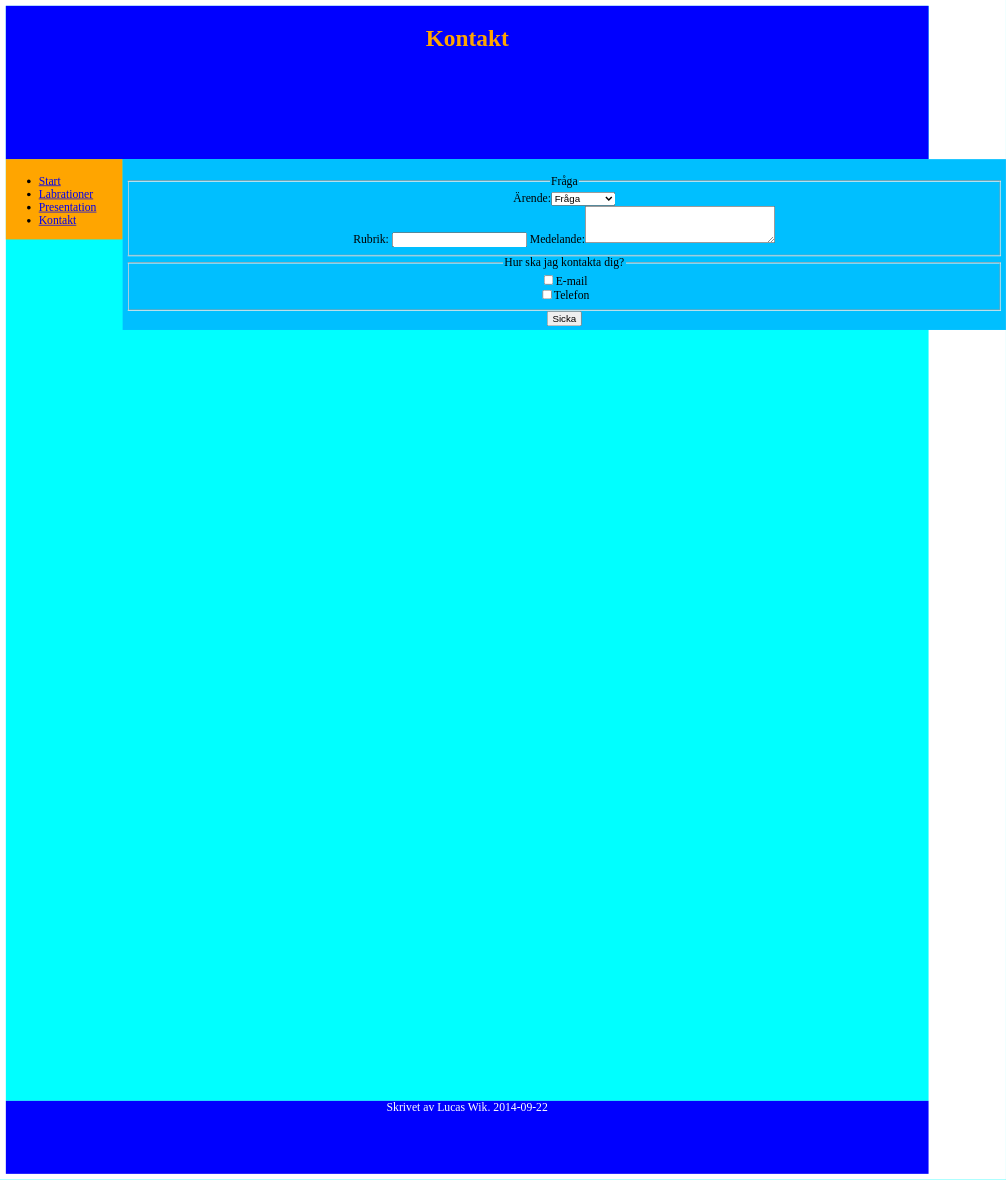
Repository: lw222gz/1ik415-laborationer
Page: Pages/kontakt.html
The author's editor kept a record of every edit. The page is drawn from the files as they stood at one moment, then again after the next edit.
The browser window is 1280 px wide. The page is 1378 px wide, so the pictures cover 1378 px, including what lies to the right of the window. The pictures show the whole page, at 73% of full size.

Above is the page before.

### Pages/kontakt.html
<!doctype html>
<html lang="sv">
    <head>
        <meta charset="utf-8" />
        <link rel="stylesheet" href="../Css/Style.css" />
        <title>kontakt</title>
    </head>
<body>
<div id="container">
<div id="header">
<h1>Kontakt</h1>
</div>

<div id="navigator">
<ul>
    <li><a href="../index.html">Start</a></li>
    <li><a href="labrationer.html">Labrationer</a></li>
    <li><a href="presentation.html">Presentation</a></li>
    <li><a href="kontakt.html">Kontakt</a></li>
</ul>
</div>

<div id="content">
<p></p>
<form action="http://voyager.lnu.se/tekinet/kurser/dtt/wp_webbintro/form.php" method="post">
    <fieldset>
    <legend>Fråga</legend><!--Vill göra den kortare, vet inte hur dock. Testade med width och height
    i fieldset satsen men det gjorde inget för mig-->
    Ärende:<select name="Ärende">
        <option value="Fråga">Fråga</option>
        <option value="Medelande">Medelande</option>
        <option value="Möte">Möte</option>
        <option value="Övrigt">Övrigt</option>
</select><br />
    Rubrik: <input type="text" name="Rubrik" />
    Medelande:<textarea name="textarea" rows="3" cols="30"></textarea>
    <br />
    </fieldset>
    <fieldset>
    <legend>Hur ska jag kontakta dig?</legend>
    <input type="checkbox" name="E-mail" value="mail">E-mail<br />
    <input type="checkbox" name="Telefon" value="Telefon">Telefon
    </fieldset>
    <input type="submit" value="Sicka"/>

</form>
</div>
</div>
<div id="footer">
    Skrivet av Lucas Wik. 2014-09-22
</div>
</body>
</html>

### Css/Style.css
#header {
        background-color:blue;
        color:orange;
        height:200px;
        text-align:center;
        padding:5px;
        }

#navigator
        {
        float:left;
        width:150px;
        height:100px;
        background-color:orange;
        padding:5px;
        }

#container
        {
        background-color:#00FFFF;
        height:1500px;
        }

#content
        {
        position:absolute;left:168px;top:218px;
        width:1200px;
        text-align:center;
        background-color:#00BFFF;
        padding:5px;
        }
#footer
        {
        text-align:center;
        height:100px;
        background-color:blue;
        color:white;
        }

After the next edit:
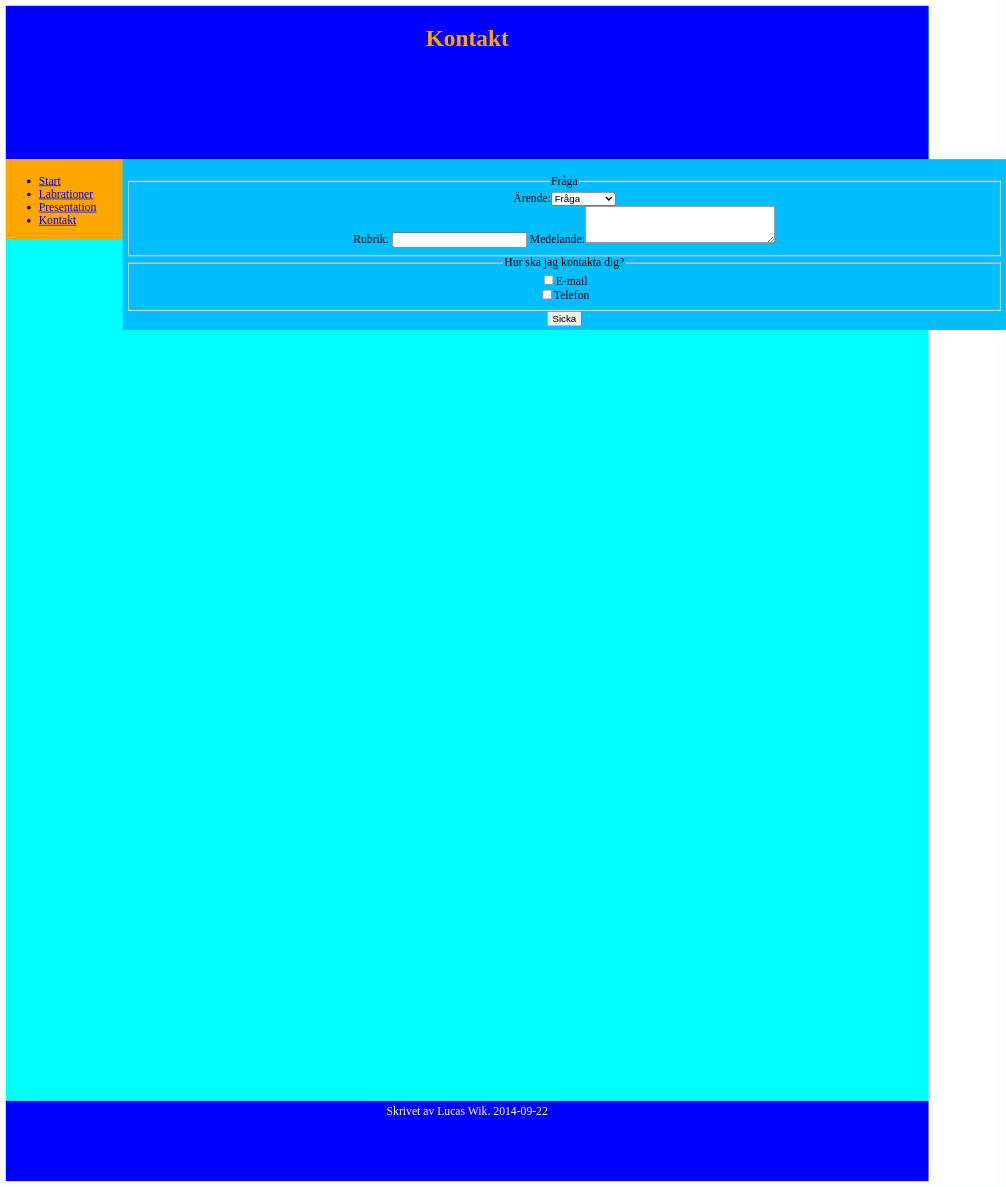
The edit:
--- a/Css/Style.css
+++ b/Css/Style.css
@@ -35,4 +35,6 @@
         height:100px;
         background-color:blue;
         color:white;
+        padding:5px;
+        clear:both;
         }
